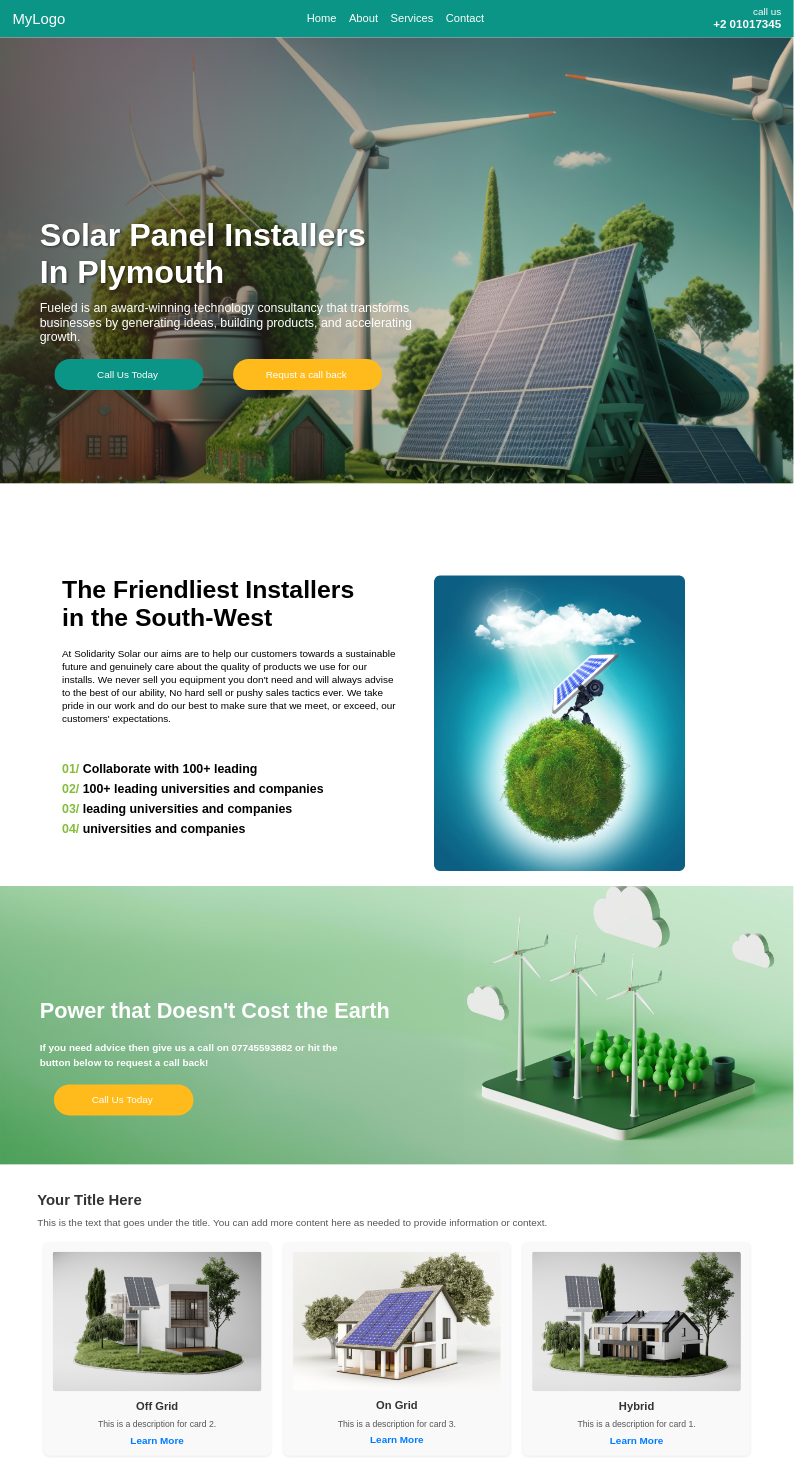
Repository: MaramNabil872/Landing-Page
Page: landingPage.html
These files come from the project's save history. The page is drawn as it stood at one moment and after a run of saves; the edit follows.
The browser window is 1280 px wide. The pictures show the whole page, at 62% of full size.

Above is the page before, as saved 2024-10-20 21:58:04.

After the next 2 saves:
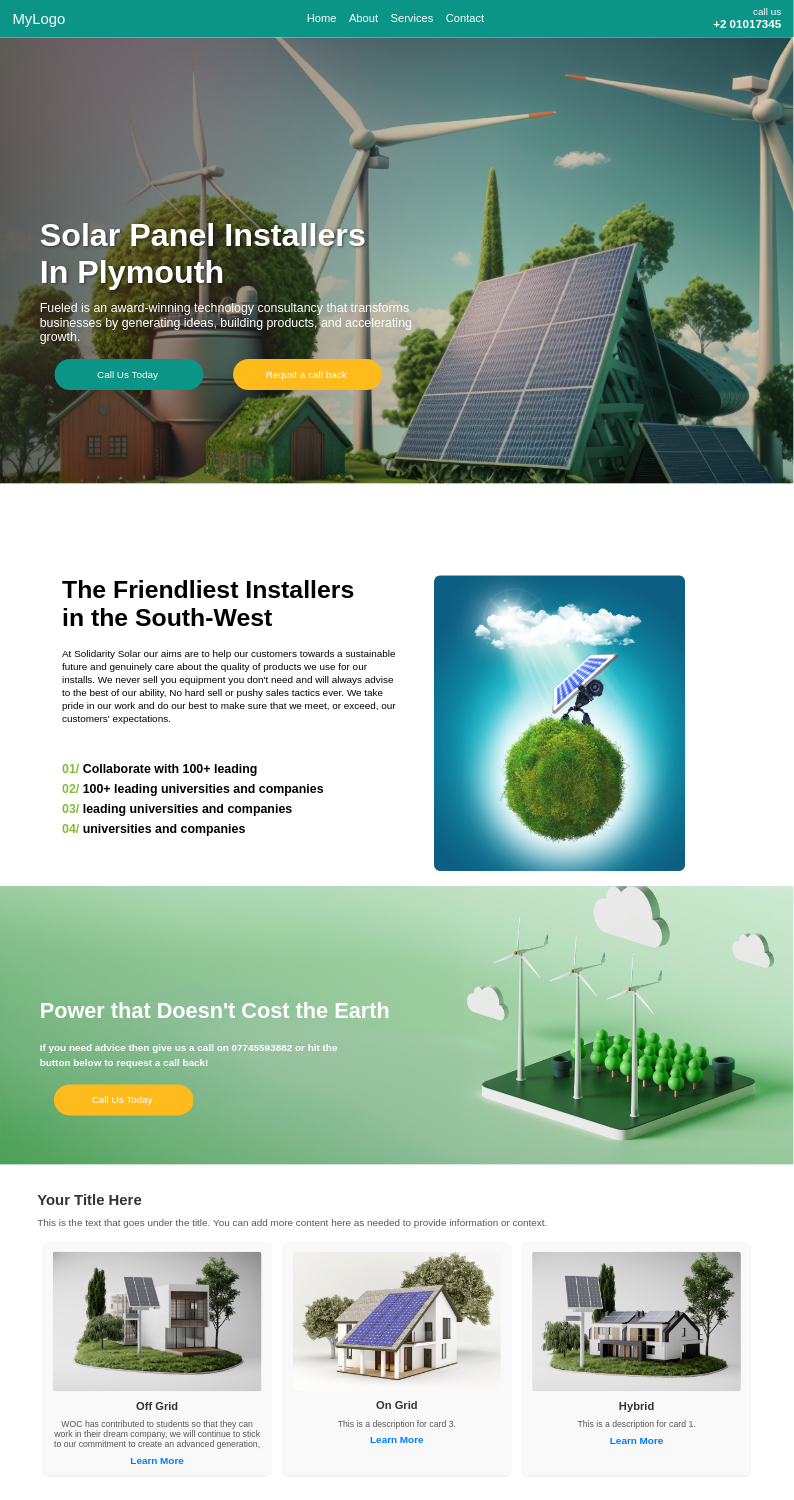
The 2 saves are shown as one change because they came seconds apart.
The last was saved 28 s later.
--- a/landingPage.html
+++ b/landingPage.html
@@ -105,29 +105,42 @@
             </div>
         </div>
 
-
         <!-- third section -->
 
         <div class="white-container">
             <h2 class="title">Your Title Here</h2>
-            <p class="text">This is the text that goes under the title. You can add more content here as needed to provide information or context.</p>
+            <p class="text">
+                This is the text that goes under the title. You can add more
+                content here as needed to provide information or context.
+            </p>
 
             <div class="card-container">
-
                 <div class="card">
-                    <img src="images/1.png" alt="Image 2" class="card-image">
+                    <img src="images/1.png" alt="Image 2" class="card-image" />
                     <h3 class="card-title">Off Grid</h3>
-                    <p class="card-text">This is a description for card 2.</p>
+                    <p class="card-text">
+                        WOC has contributed to students so that they can work in
+                        their dream company, we will continue to stick to our
+                        commitment to create an advanced generation,
+                    </p>
                     <a href="#" class="card-link">Learn More</a>
                 </div>
                 <div class="card">
-                    <img src="images/solar-panels-meadow 2 (1).png" alt="Image 3" class="card-image">
+                    <img
+                        src="images/solar-panels-meadow 2 (1).png"
+                        alt="Image 3"
+                        class="card-image"
+                    />
                     <h3 class="card-title">On Grid</h3>
                     <p class="card-text">This is a description for card 3.</p>
                     <a href="#" class="card-link">Learn More</a>
                 </div>
                 <div class="card">
-                    <img src="images/solar-panels-meadow 3.png" alt="Image 1" class="card-image">
+                    <img
+                        src="images/solar-panels-meadow 3.png"
+                        alt="Image 1"
+                        class="card-image"
+                    />
                     <h3 class="card-title">Hybrid</h3>
                     <p class="card-text">This is a description for card 1.</p>
                     <a href="#" class="card-link">Learn More</a>
